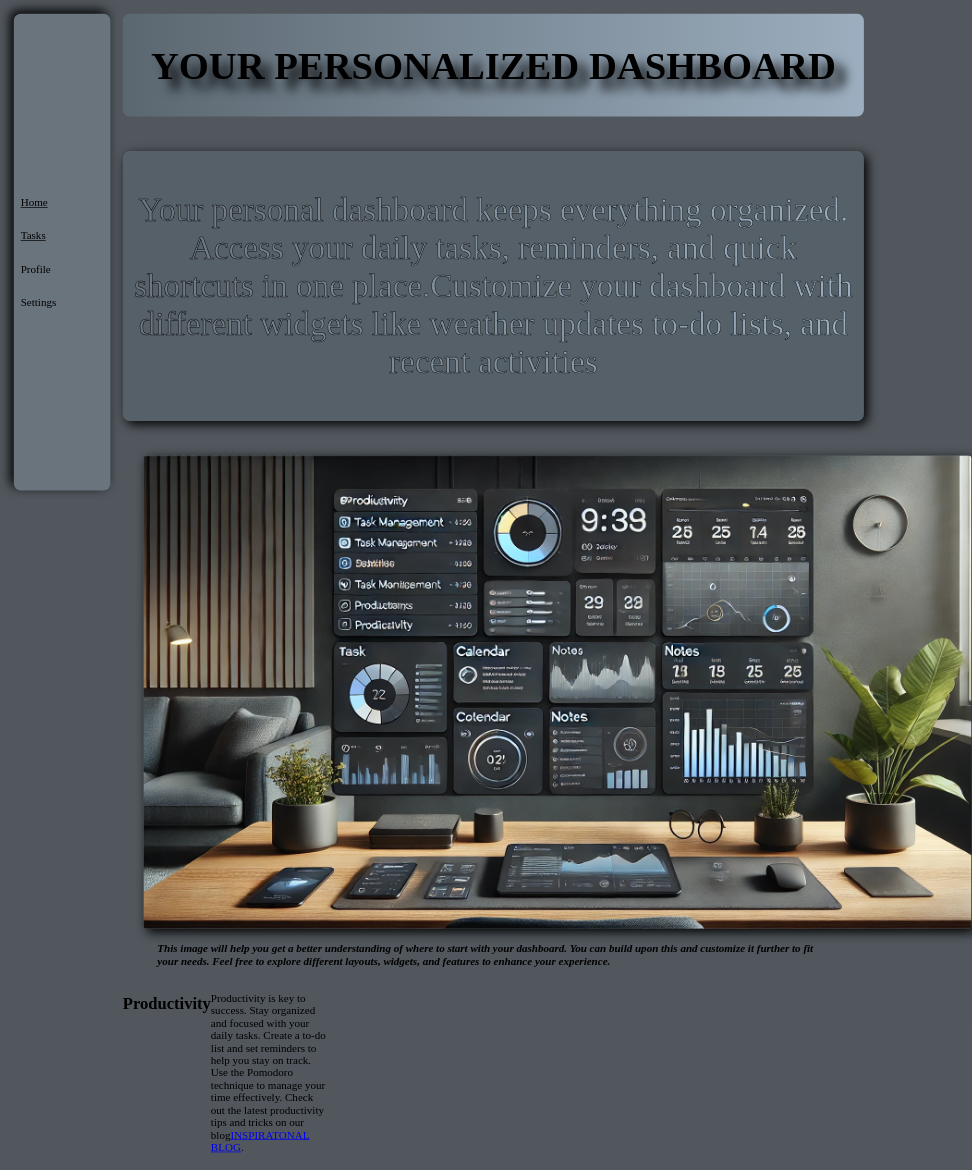
Repository: Parnicoza/testecomplete
Page: testcomplet-14.html
These files come from the project's save history. The page is drawn as it stood at one moment and after the next save; the edit follows.
The browser window is 1280 px wide. The page is 1408 px wide, so the pictures cover 1408 px, including what lies to the right of the window. The pictures show the whole page, at 69% of full size.

Above is the page before, as saved 2025-02-28 13:08:44.

### testcomplet-14.html
<!DOCTYPE html>
<html lang="en">

<head>
    <title>Personal Dashboard</title>
    <link rel="stylesheet" href="stilizaretestcomplet-14.css">
    <link rel="icon" href="imaginitestecomplete/dashboard.ico">
</head>

<body>
    <div class="background-for-the-heading" id="Home">
        <h1 class="main-heading">Your Personalized Dashboard</h1>
    </div>

    <div class="thesamebackground">
        <p class="paragraph-gradient">Your personal dashboard keeps everything organized. Access your daily tasks,
            reminders, and quick shortcuts in one place.Customize your dashboard with different widgets like weather
            updates to-do lists, and recent activities</p>
    </div>

    <div class="divimage">
        <figure>
            <img src="imaginitestecomplete/productivity.jpg" alt="productivity image" width="1200" class="image" title="Productivity image" usemap="#dashboard-map" id="Tasks">
            <map name="dashboard-map">
                <area shape="rect" coords="341,127,487,280" href="https://blog.productivity.directory/" alt="Productivity blog" target="_blank">
                <area shape="rect" coords="670,134,825,280" href="https://blog.productivity.directory/" alt="Productivity blog" target="_blank">
            </map>
            <figcaption class="figcaption">This image will help you get a better understanding of where to start with
                your dashboard.
                You can build upon this and customize it further to fit your needs.
                Feel free to explore different layouts, widgets, and features to enhance your experience.
            </figcaption>
        </figure>
    </div>

    <div class="Dashboard">
        <div class="sidebar">
            <ul class="list">
                <li><a href="#Home"  class="home" title="Press here to go to home page">Home</a></li>
                <li><a href="#Tasks" class="home" title="Click here to go to Tasks">Tasks</a></li>
                <li>Profile</li>
                <li>Settings</li>
            </ul>
        </div>
    </div>

    <div class="block1">
        <h2 class="headingforblock1">Productivity</h2>
        <p class="paragraphforblock1">Productivity is key to success. Stay organized and focused with your daily tasks.
            Create a to-do list and set reminders to help you stay on track. Use the Pomodoro technique to manage your
            time effectively. Check out the latest productivity tips and tricks on our blog<a href="https://blog.productivity.directory/" target="_blank" title="Press here to find more tips and tricks">INSPIRATONAL BLOG</a>.</p>
    </div>
</body>

</html>

### stilizaretestcomplet-14.css
body{
    background-color:#51575D;
}

.main-heading{
    text-align: center;
    text-transform: uppercase;
    text-shadow: 15px 15px 15px black;
    font-size: 3.5em;
    color: black;
}

.background-for-the-heading{
    background: linear-gradient(to right, #5B6770, #9CAEBF);
    margin: 20px;
    padding: 5px;
    border-radius: 10px;
    margin-left: 170px;
}

.thesamebackground{
    background-color: rgba(91, 103, 112, 0.6) ;
    margin-left: 170px;
    margin-top: 50px;
    text-align: center;
    padding: 10px;
    border-radius: 10px;
    box-shadow: 5px 5px 15px black;
    margin-right: 20px;
}

.paragraph-gradient{
    background: linear-gradient(to right, #6A747D, #9BAEBF);
    background-clip: text;
    color: transparent;
    font-size: 3em;
    -webkit-text-stroke: 0.7px black;
    text-align: center;
}

.quote{
    border: 1px dotted black;
    padding: 10px;
    margin-left: 150px;
}

.divider{
    border: none;
    height: 4px;
    background-color: lightgray;
    border: 3px dotted black;
    margin: 14px;
    margin-left: 150px;
}

.image{
    border-radius: 5px;
    box-shadow: 5px 5px 15px black;
    display: block;
    margin: 0 auto;
}

.picture{
    margin-left: 160px;
}

.Dashboard{
    display: flex;
}

.sidebar{
    display: flex;
    flex-direction: column;
   width: 140px;
   position: fixed;
   left: 0;
   top: 0;
   height: 96vh;
   justify-content: center;
   margin: 20px;
   background-color: #6A747D;
    border-radius: 10px;
    box-shadow: -5px -5px 15px black;

}

.list{
    list-style-type: none;
    display: flex;
    flex-direction: column;
    gap: 30px;
    padding: 0;
    margin-left: 10px;
}

.container{
    margin-left: 160px;
}

.divimage{
    display: block;
    margin-left: 160px;
    margin-top: 50px;

}

.figcaption{
    font-style: italic;
    font-weight: bold;
    margin: 20px;
}

.home{
    color: black;
}

.block1{
display: flex;
flex-direction: row;
justify-content: center;
width: 300px;
margin-left: 170px;
background-color: ;
}

.headingfortheblock1{
    text-align: left;
    text-transform: uppercase;
    font-weight: bold;
    color: black;
    background-color: rgba(91, 103, 112, 0.6)
    box-shadow: 5px 5px 15px black;
    border-radius: 10px;
    padding: 10px;
    margin: 10px;
}

After the next save:
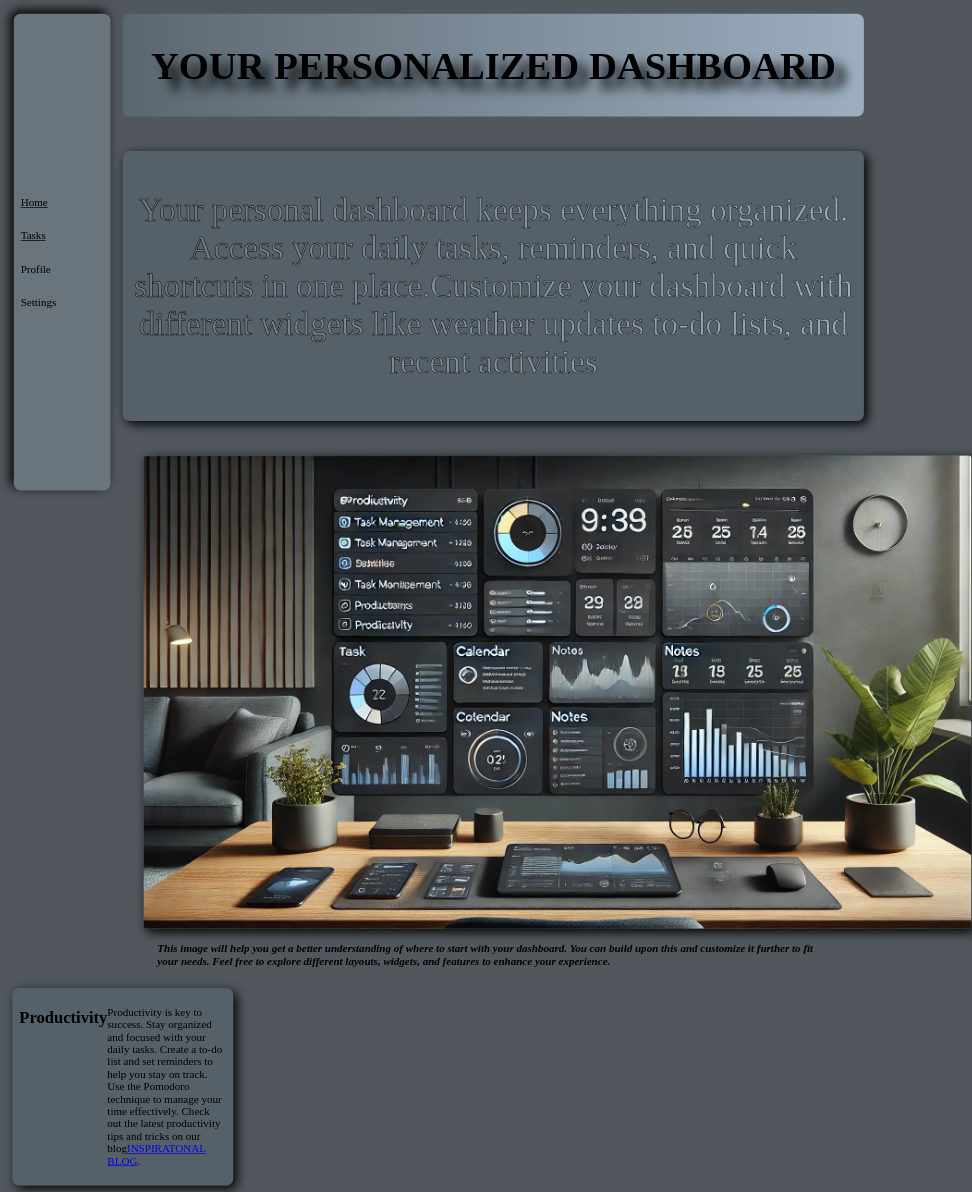
Saved 112 s later.
--- a/stilizaretestcomplet-14.css
+++ b/stilizaretestcomplet-14.css
@@ -120,7 +120,11 @@ flex-direction: row;
 justify-content: center;
 width: 300px;
 margin-left: 170px;
-background-color: ;
+background-color: rgba(91, 103, 112, 0.6);
+    box-shadow: 5px 5px 15px black;
+    border-radius: 10px;
+    padding: 10px;
+    margin: 10px;
 }
 
 .headingfortheblock1{
@@ -128,9 +132,4 @@ background-color: ;
     text-transform: uppercase;
     font-weight: bold;
     color: black;
-    background-color: rgba(91, 103, 112, 0.6)
-    box-shadow: 5px 5px 15px black;
-    border-radius: 10px;
-    padding: 10px;
-    margin: 10px;
 }
